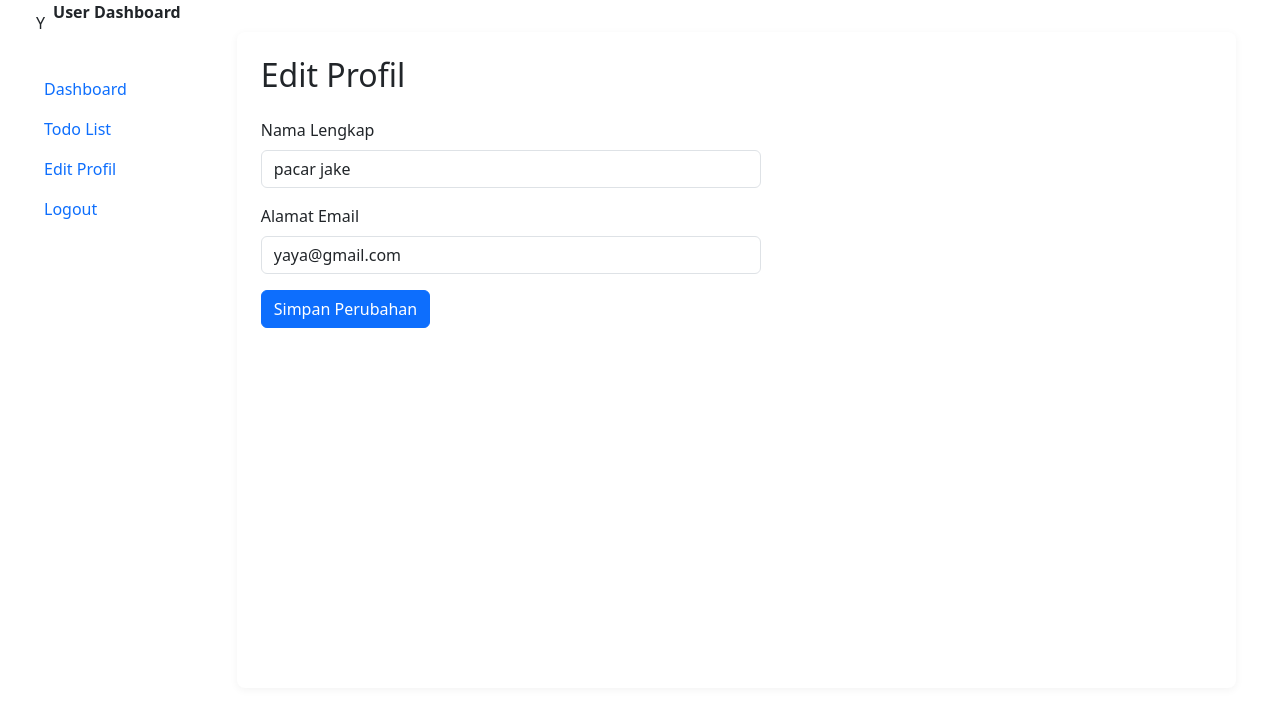
Repository: zhr-nabila/FloTime
Page: http://localhost/profile.php
An editor plug-in stored every save of this project. The page is shown before and after the next save, followed by the edit.
The browser window is 1280 px wide. The pictures show the whole page.
The page is run by PHP 8.4 with error messages shown; the project is at /var/www/html/. The session is filled in as if someone had signed in: {"email": "yaya@gmail.com", "status": "login", "user_id": 2}. The database holds what the project's SQL file puts in it.

Above is the page before, as saved 2025-04-29 22:54:40.

After the next save:
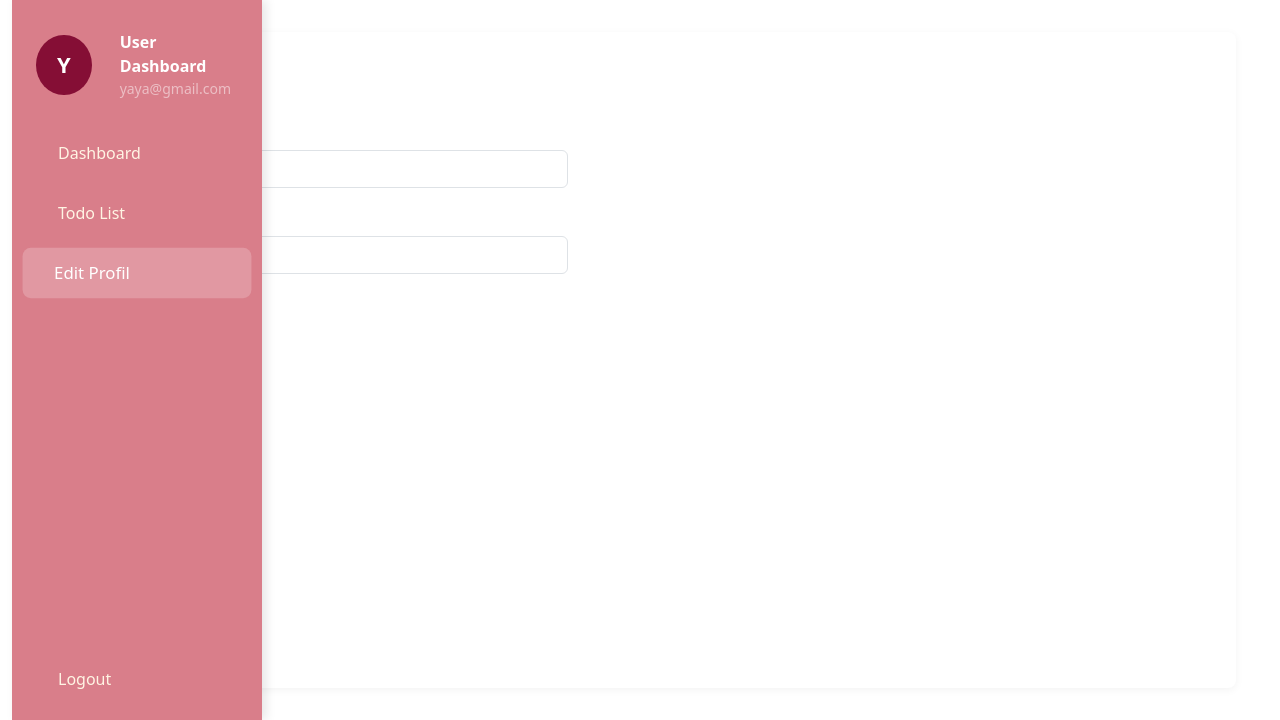
Saved 6 s later.
--- a/profile.php
+++ b/profile.php
@@ -38,7 +38,7 @@ if ($_SERVER["REQUEST_METHOD"] == "POST") {
     <meta charset="UTF-8">
     <title>Edit Profil</title>
     <link rel="stylesheet" href="css/profile.css">
-    <link rel="stylesheet" href="css/profile.css">
+    <link rel="stylesheet" href="css/style.css">
     <!-- Bisa juga tambahkan bootstrap di sini kalau kamu pakai -->
     <link href="https://cdn.jsdelivr.net/npm/bootstrap@5.3.3/dist/css/bootstrap.min.css" rel="stylesheet">
 </head>
